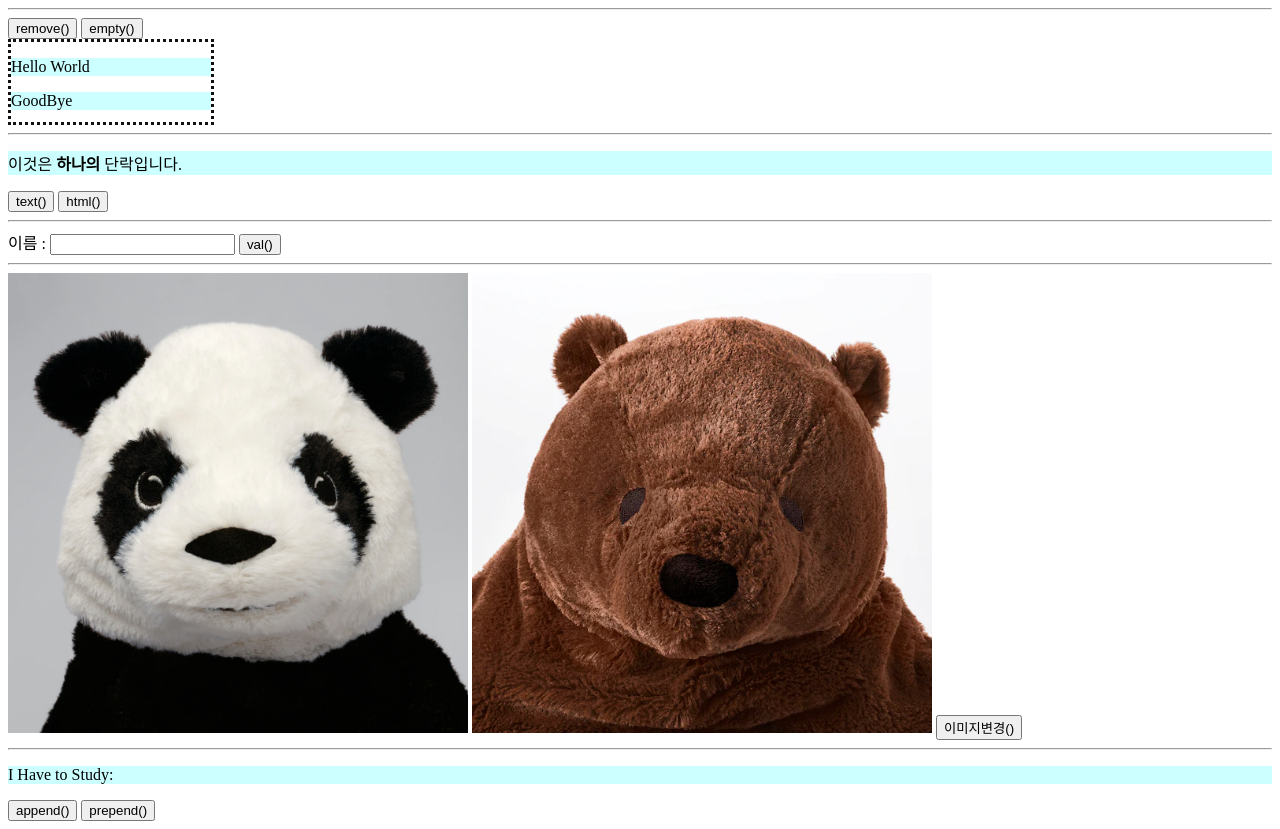
Repository: yujisu01/2021_504_java
Page: javascript_jquery/WebContent/jQuery_ex02.html
An editor plug-in stored every save of this project. The page is shown before and after the next save, followed by the edit.
The browser window is 1280 px wide. The pictures show the whole page.

Above is the page before, as saved 2021-04-15 05:52:11.
Console error: SyntaxError: Unexpected token '}'

After the next save:
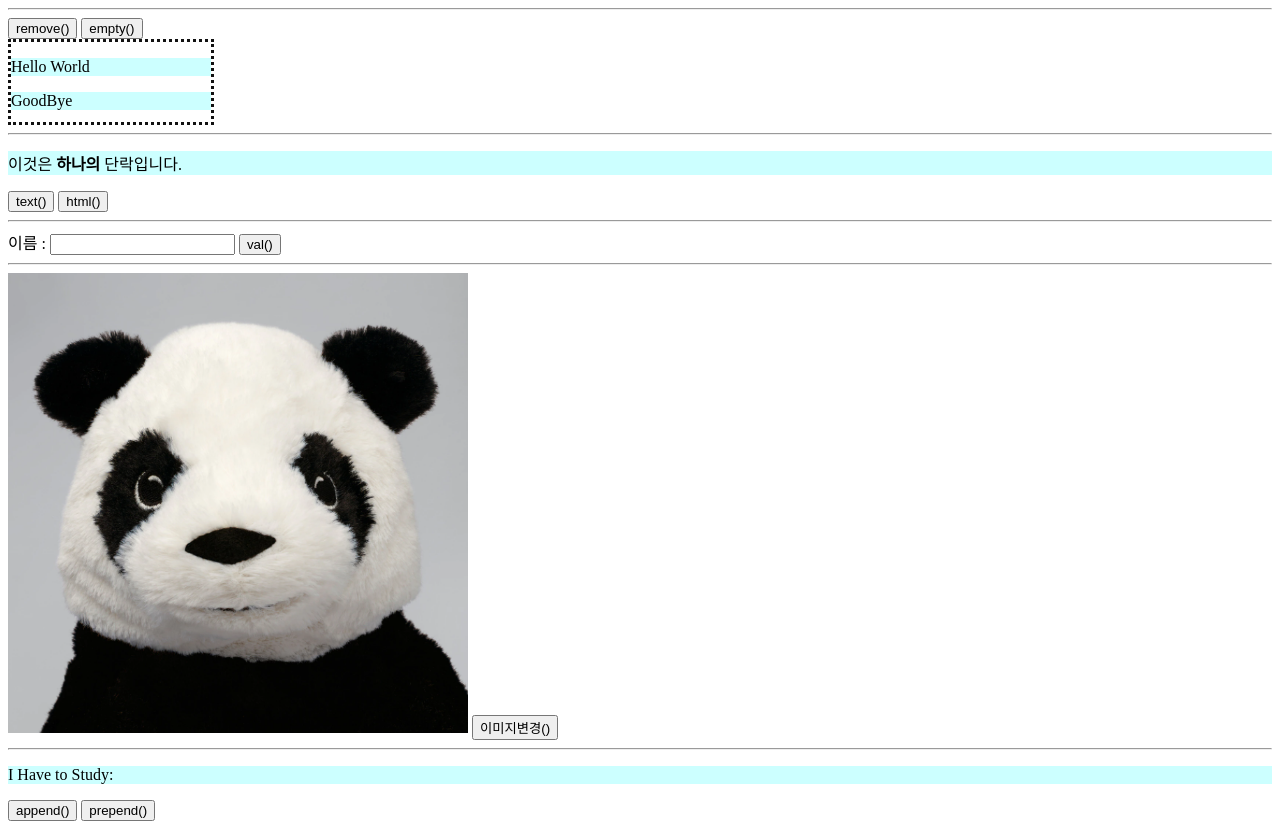
Saved 9 s later.
--- a/javascript_jquery/WebContent/jQuery_ex02.html
+++ b/javascript_jquery/WebContent/jQuery_ex02.html
@@ -71,8 +71,7 @@
 	<hr>
 	<img id="chain_dog" alt="공부하는 강아지" src="images/image35.png"
 	width="460px;" height="460px;">
-	<img id="hide_dog" alt="공부하는 강아지" src="images/image36.png"
-	width="460px;" height="460px;">
+
 	<button id="attr">이미지변경()</button>
 	<hr>
 	<p id="append">I Have to Study:</p>
